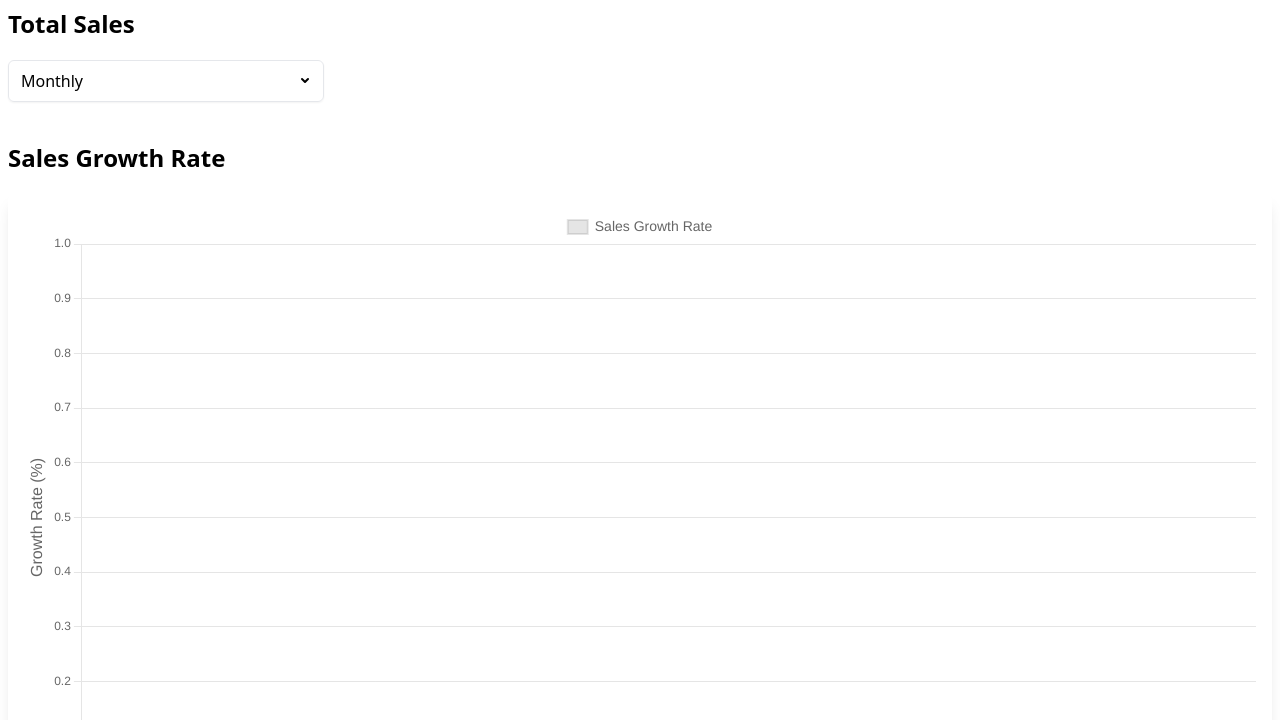
Repository: Qu4ntumGuy/visualize-it
Page: / (app in frontend/)
An editor plug-in stored every save of this project. The page is shown before and after the next save, followed by the edit.
The browser window is 1280 px wide. The pictures show the whole page.
The page's requests for data from a server got no answer. An inner scrolling area shows only its first screen. The project was rebuilt for these pictures with package versions that can differ from the ones it lists, and the page was loaded fresh each time. No one was signed in, and anything a server would have sent is missing.

Above is the page before, as saved 2024-08-19 19:05:26.

After the next save:
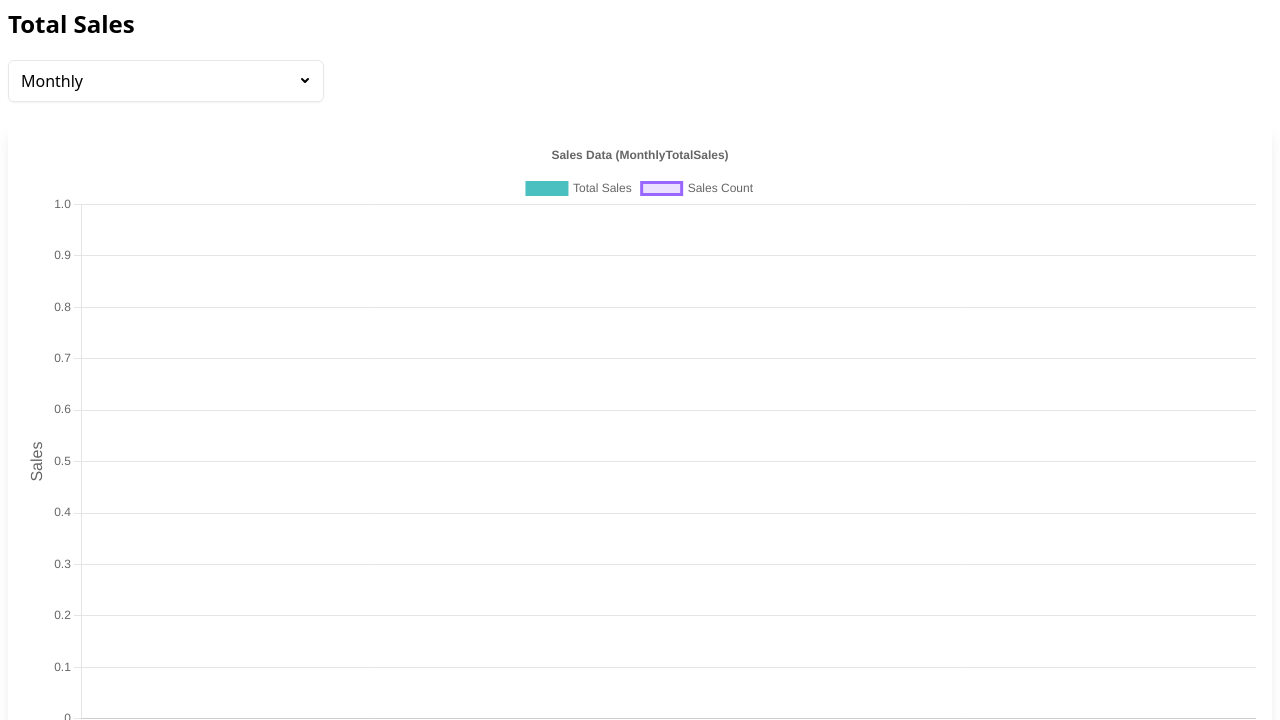
Saved 20 s later.
--- a/frontend/src/Components/TotalSales.js
+++ b/frontend/src/Components/TotalSales.js
@@ -108,10 +108,11 @@ const TotalSales = ({ dataType, fetchedData }) => {
     },
   };
 
-  return;
-  <div className="bg-white p-4 rounded-md shadow-lg">
-    <Line data={data} options={options} />;
-  </div>;
+  return (
+    <div className="bg-white p-4 rounded-md shadow-lg">
+      <Line data={data} options={options} />;
+    </div>
+  );
 };
 
 export default TotalSales;
